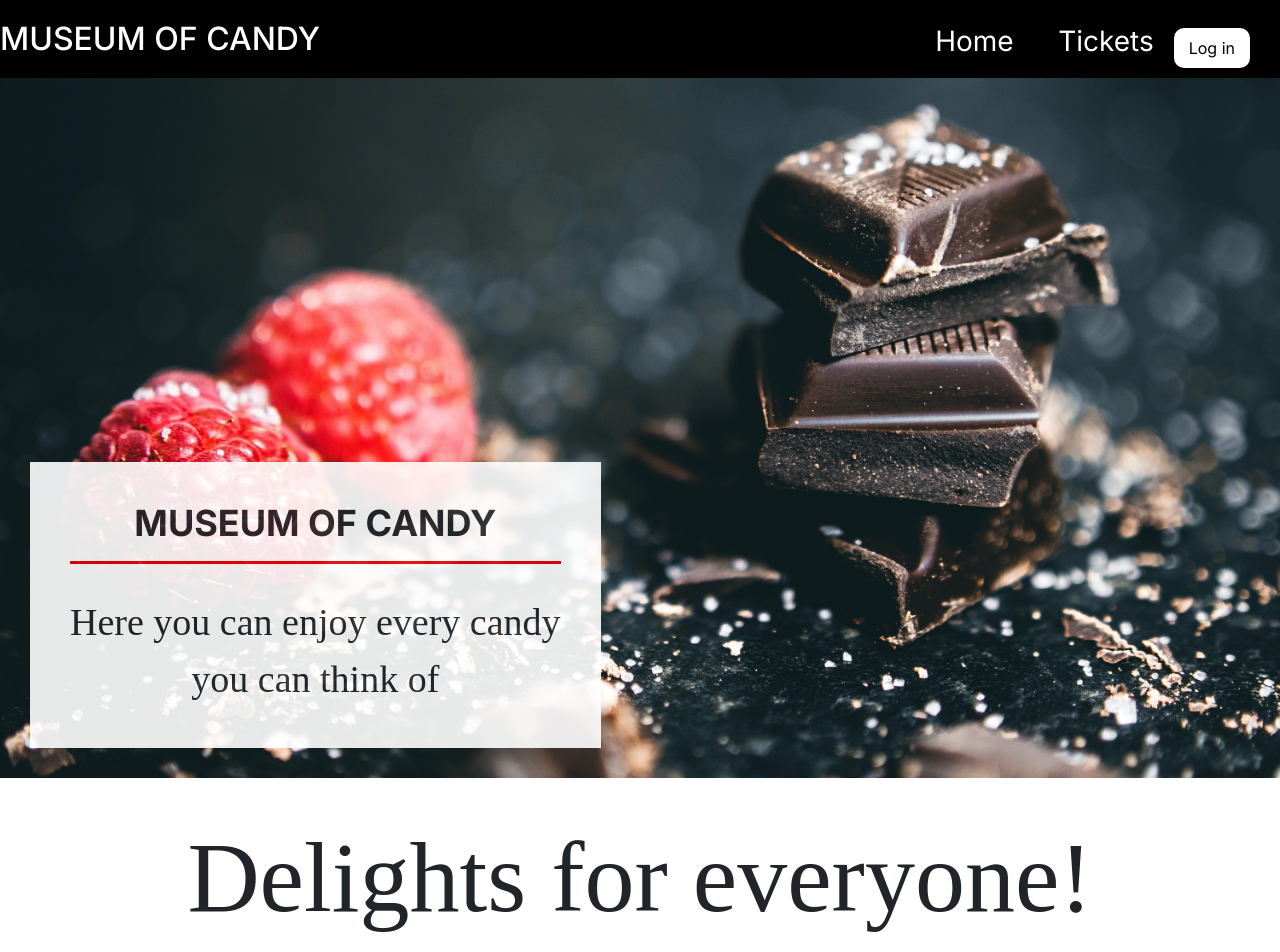
Repository: m-koparanova/MuseumOfCandy
Page: index.html
An editor plug-in stored every save of this project. The page is shown before and after the next save, followed by the edit.
The browser window is 1280 px wide. The pictures show the part of the page from y = 0 to 952 px (the page is 1418 px tall).
Some web fonts or font styles are not loaded; a fallback is used.

Above is the page before, as saved 2023-03-05 21:12:08.

After the next save:
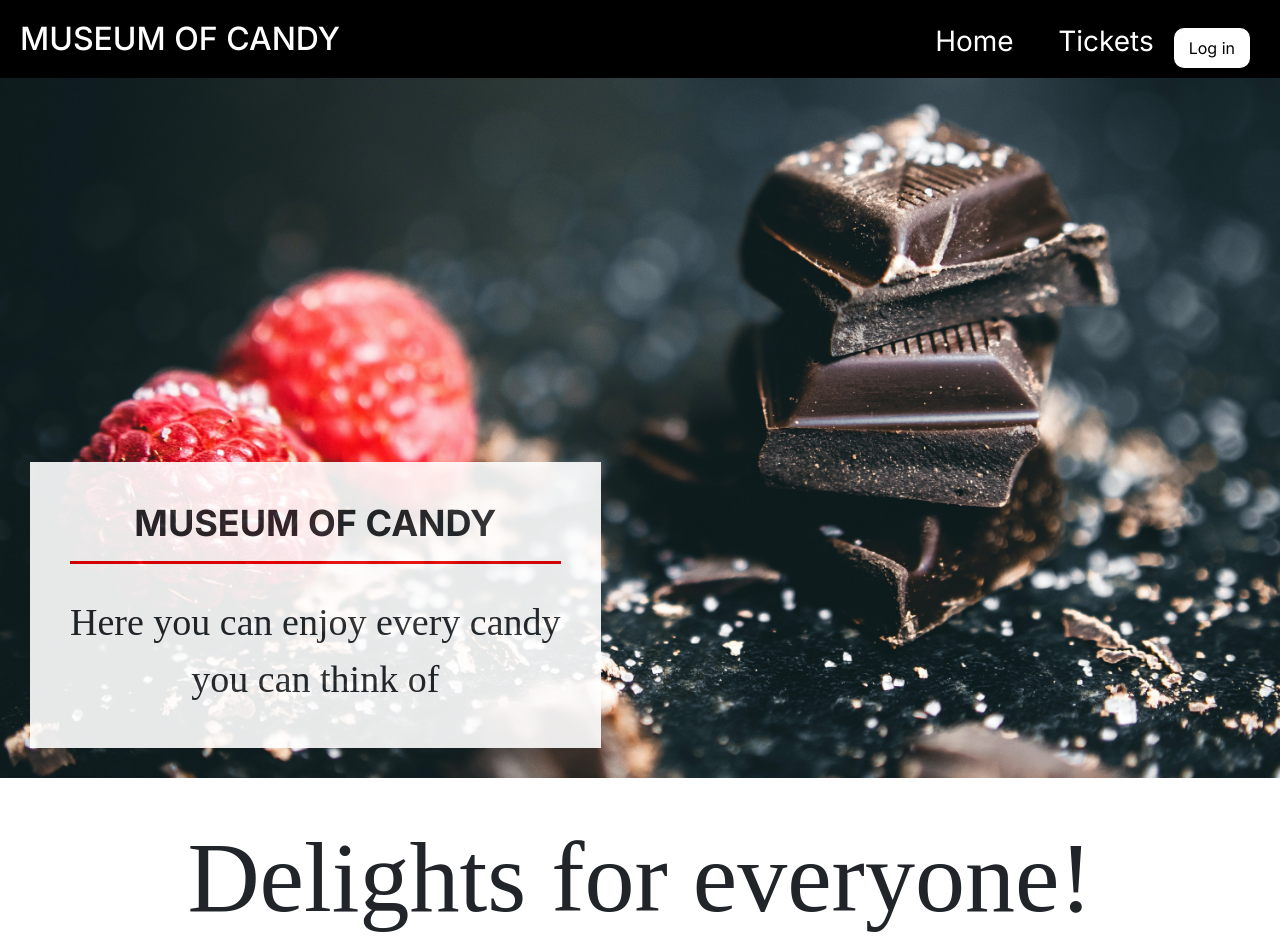
Saved 21 s later.
--- a/style.css
+++ b/style.css
@@ -16,6 +16,7 @@
     color: white;
     position: absolute;
     margin-top: 20px;
+    margin-left: 20px;
 }
 
 .top-nav{
